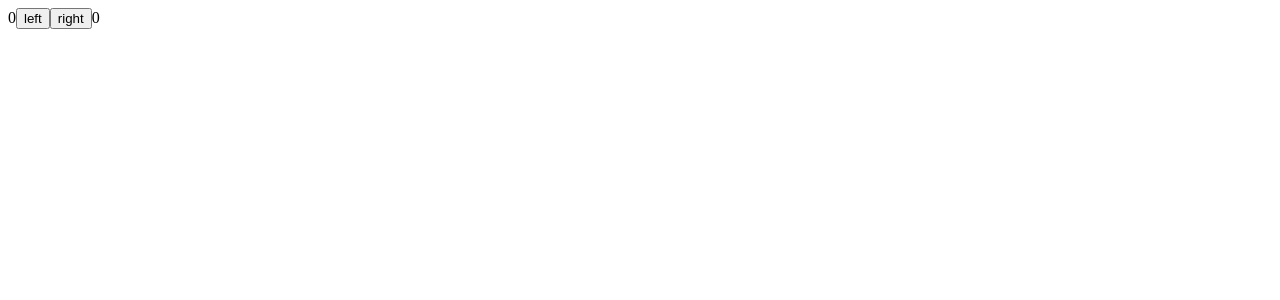
Repository: LordThiouk/part1
Page: /
An editor plug-in stored every save of this project. The page is shown before and after the next save, followed by the edit.
The browser window is 1280 px wide. The pictures show the whole page.
The project was rebuilt for these pictures with package versions that can differ from the ones it lists, and the page was loaded fresh each time. Also part of the build but not shown: vite.config.js.

Above is the page before, as saved 2023-09-15 06:41:23.

After the next save:
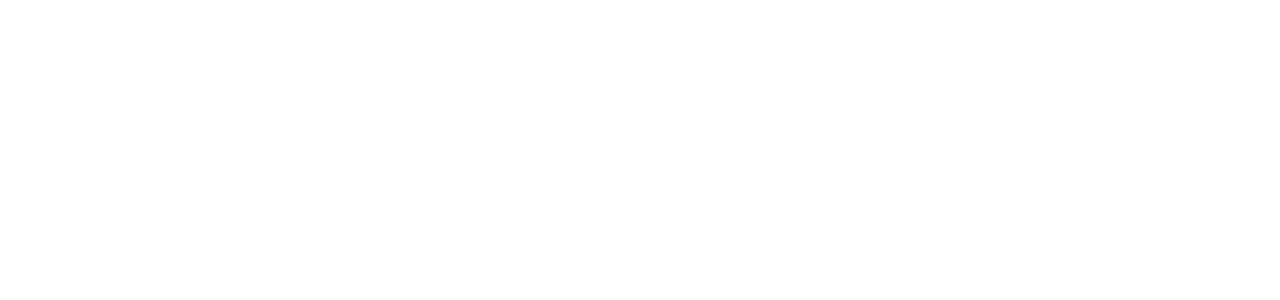
Console error: ReferenceError: left is not defined
Saved 3 min 54 s later.
--- a/src/App.jsx
+++ b/src/App.jsx
@@ -2,8 +2,25 @@
 import { useState } from 'react'
 
 const App = () => {
-  const [left, setLeft] = useState(0)
-  const [right, setRight] = useState(0)
+  const [clicks, setClicks] = useState({
+    left: 0, right: 0
+  })
+
+  const handleLeftClick = () => {
+    const newClicks = {
+      left: clicks.left + 1,
+      right: clicks.right
+    }
+    setClicks(newClicks)
+  }
+
+  const handleRightClick = () => {
+    const newClicks = {
+      left: clicks.left,
+      right: clicks.right + 1
+    }
+    setClicks(newClicks)
+  }
 
   return (
     <div>

After the 2 saves that followed:
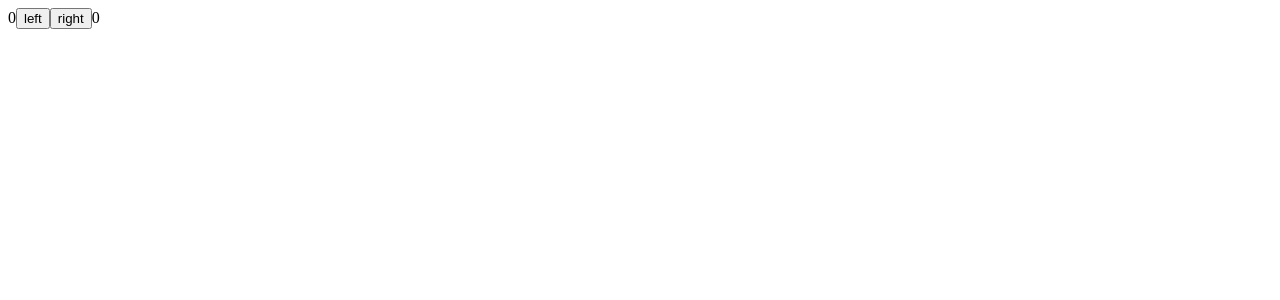
The error is gone.
The 2 saves are shown as one change because 1 left the picture as it was.
The last was saved 4 min 19 s later.
--- a/src/App.jsx
+++ b/src/App.jsx
@@ -24,14 +24,14 @@
 
   return (
     <div>
-      {left}
-      <button onClick={() => setLeft(left + 1)}>
+      {clicks.left}
+      <button onClick={handleLeftClick}>
         left
       </button>
-      <button onClick={() => setRight(right + 1)}>
+      <button onClick={handleRightClick}>
         right
       </button>
-      {right}
+      {clicks.right}
     </div>
   )
 }
